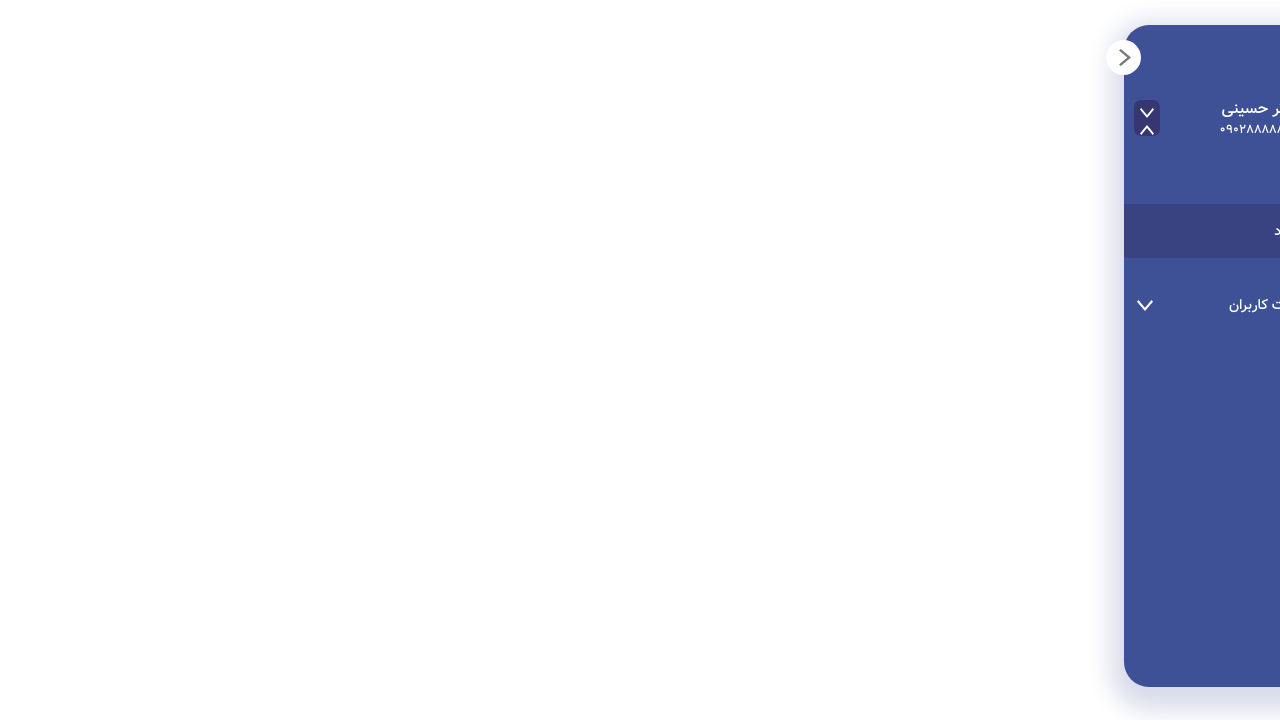
Repository: kosar78/quiz-online
Page: manager-panel-dashbord.html
The author's editor kept a copy of each file at every save. The page is drawn from the files as they stood at one save, then again after the next save.
The browser window is 1280 px wide. The pictures show the whole page.
After loading, the first visible `li.manage-profile` was clicked once.

Above is the page before, as saved 2021-11-09 01:24:57.

After the next save:
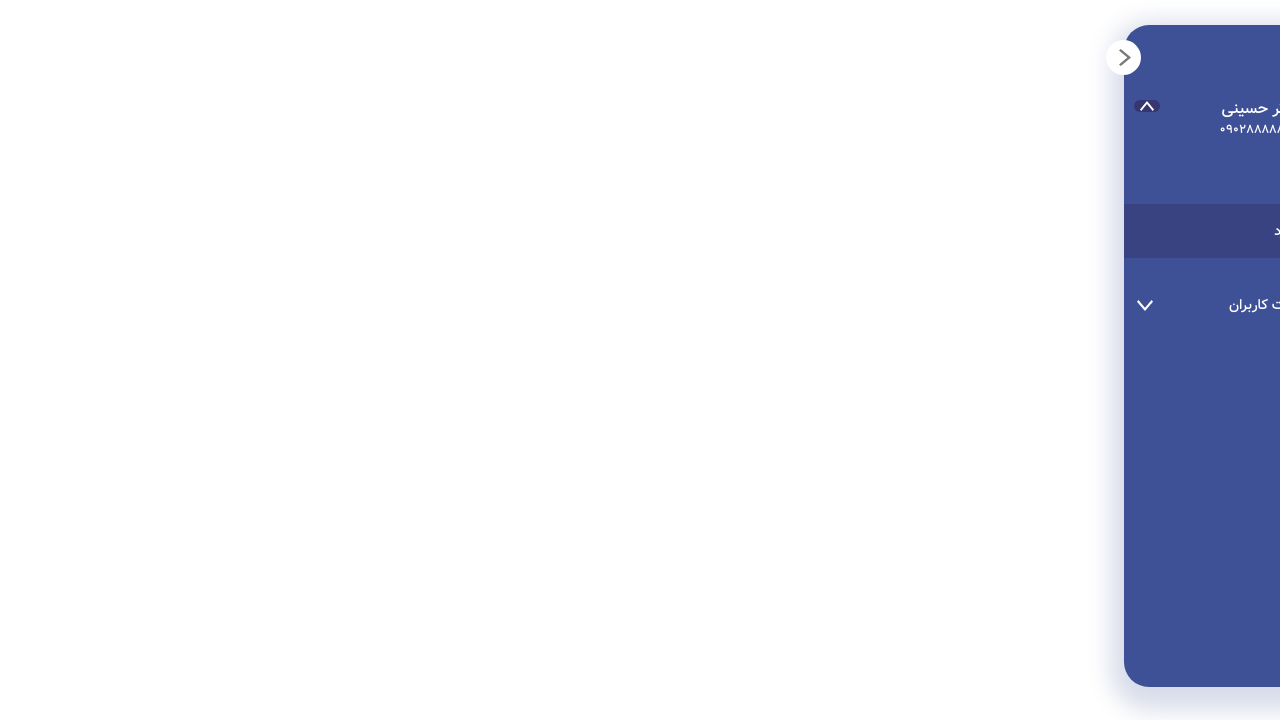
Saved 97 s later.
--- a/js/manager-panel.js
+++ b/js/manager-panel.js
@@ -4,7 +4,7 @@ $(document).ready(function(){
             $(".bottom").removeClass("show")
             $(".bottom").addClass("hide")
             $(".top").addClass("show")
-            $(".bottom").removeClass("hide")
+            $(".top").removeClass("hide")
         }
         else if($(".bottom").hasClass("hide")){
 
